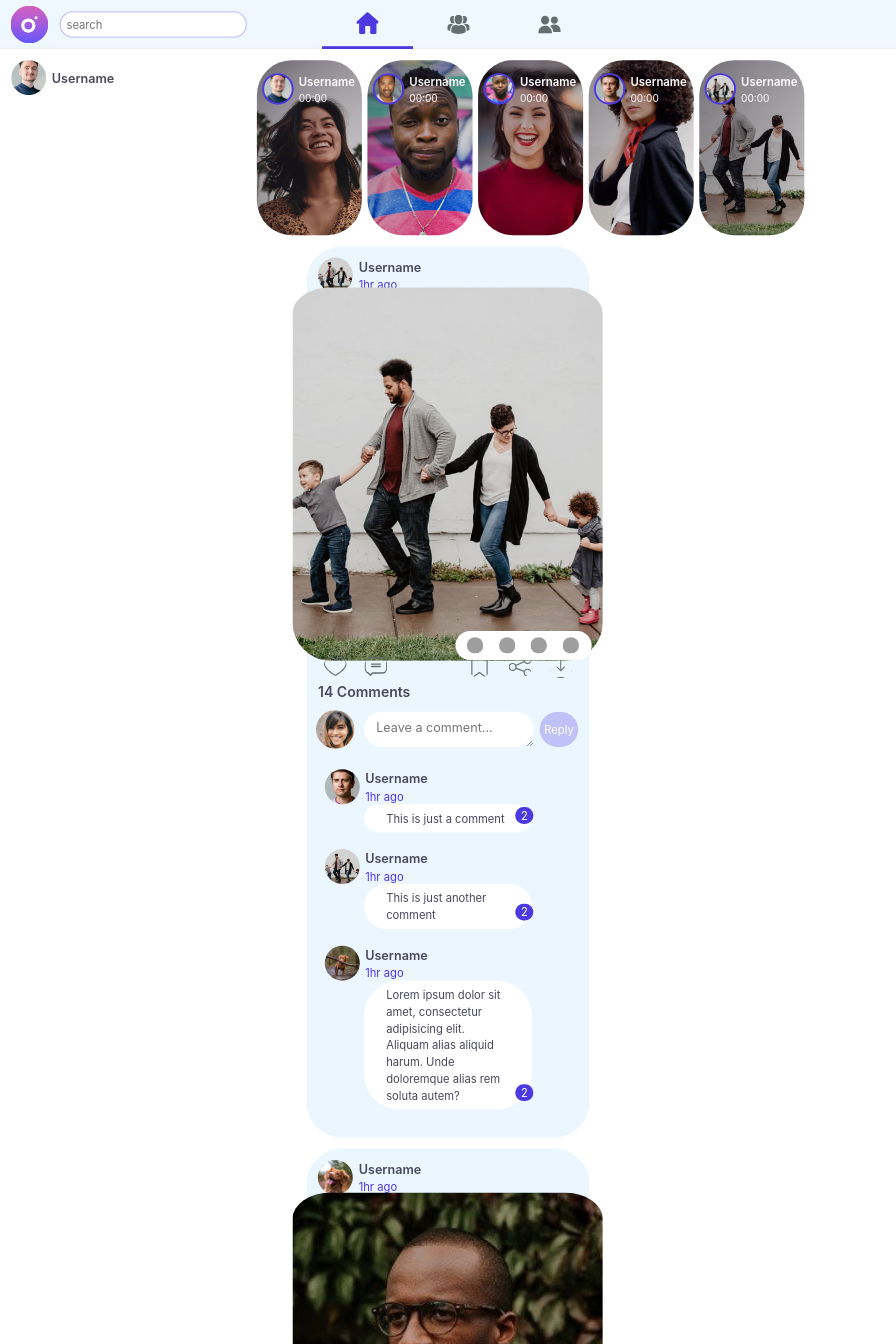
Repository: Flovet-stack/memic
Page: home.html
These files come from the project's save history. The page is drawn as it stood at one moment and after the next save; the edit follows.
The browser window is 1280 px wide. The pictures show the part of the page from y = 0 to 1920 px (the page is 3302 px tall), at 70% of full size.
Pictures or frames that could not be fetched are drawn as grey boxes. Some web fonts or font styles are not loaded; a fallback is used.

Above is the page before, as saved 2020-10-17 19:23:58.
Console error: TypeError: Cannot read properties of undefined (reading 'fn')

After the next save:
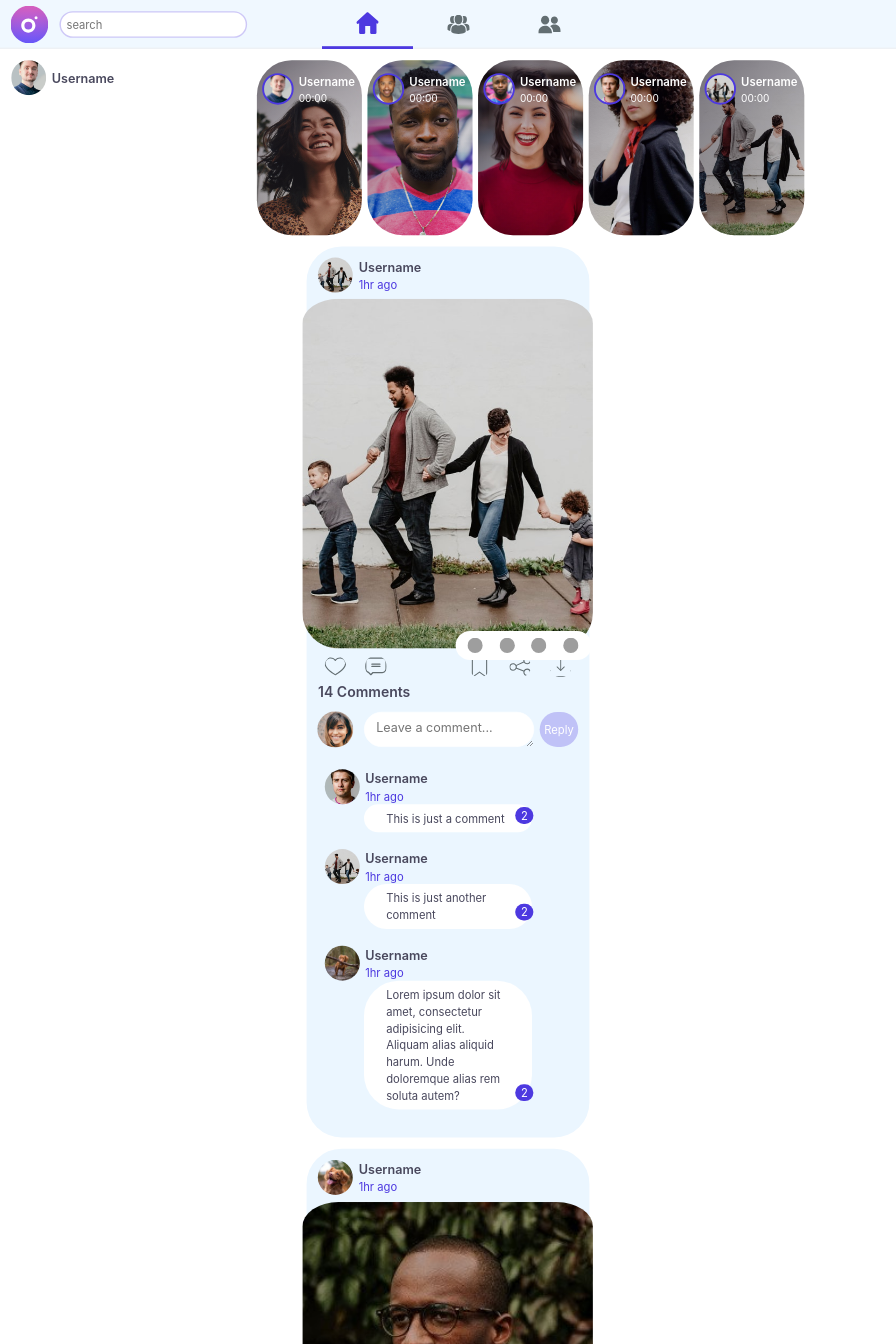
Saved 13 s later.
--- a/css/post-card.css
+++ b/css/post-card.css
@@ -15,7 +15,7 @@
 .post-card img {
     width: 100%;
     /* background-color: var(--transparent-overlay); */
-    transform: scale(1.1);
+    transform: scale(1.03);
     border-radius: var(--border-radius);
     padding-top: var(--padding-2);
 }
